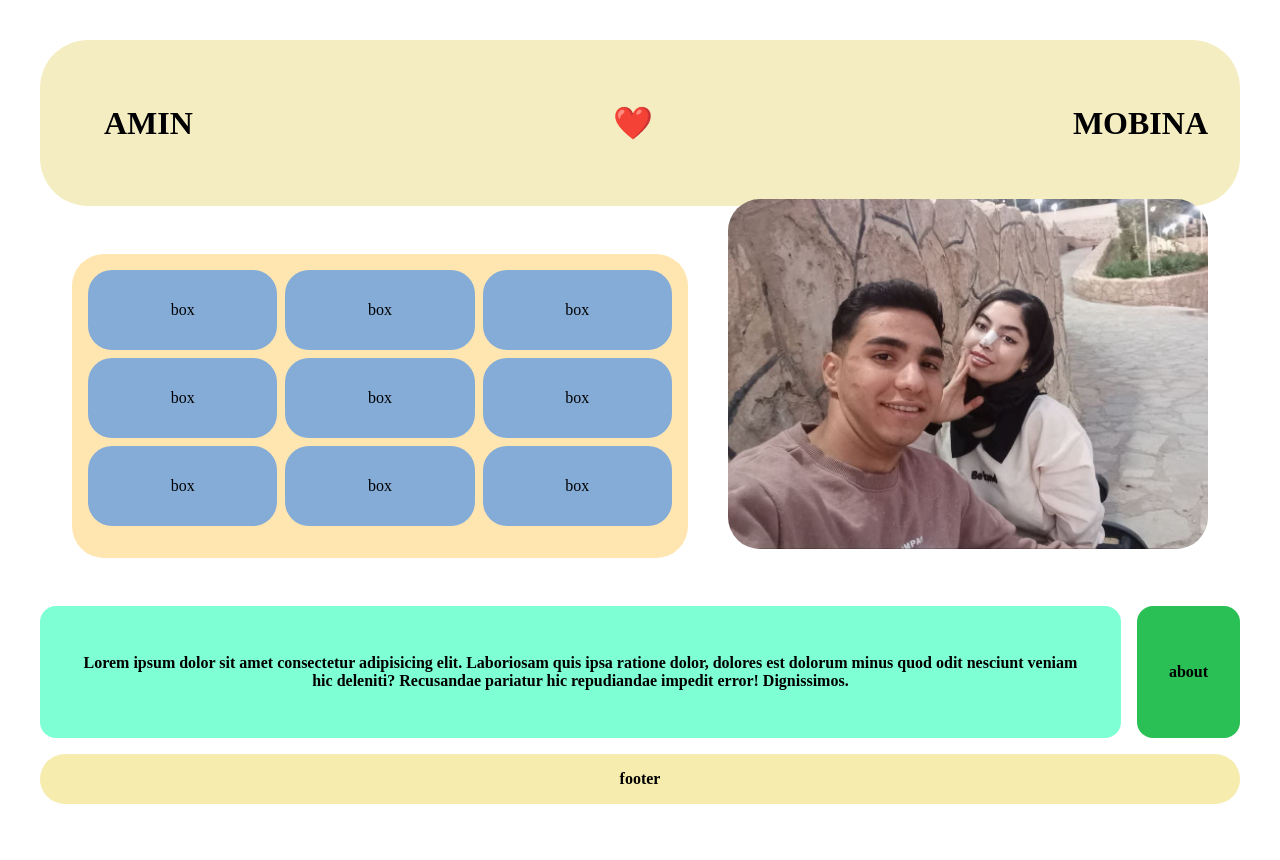
Repository: aminsheikhan/amins-github
Page: ui1.html
An editor plug-in stored every save of this project. The page is shown before and after the next save, followed by the edit.
The browser window is 1280 px wide. The pictures show the whole page.

Above is the page before, as saved 2026-01-07 18:07:09.

### ui1.html
<!DOCTYPE html>
<html lang="en">

<head>
    <meta charset="UTF-8">
    <meta name="viewport"">
    <title>Css Position</title>
    <link rel="stylesheet" href="./ui1.css">

</head>

<body>
    <header class="header">

        <!-- <navbar class="navbar">
            <a href="#">Home</a>
            <a href="#">Courses</a>
            <a href="#">About Me</a>

        </navbar> -->

        <h1 class="Brand">AMIN</h1>
        <h3 class="haert">❤️</h3>
        <h2 class="navbar">MOBINA</h2>

    </header>

    <div class="main">

        <div class="content">
            <div class="course-list">

                <div class="box"><span>box</span></div>
                <div class="box"><span>box</span></div>
                <div class="box"><span>box</span></div>
                <div class="box"><span>box</span></div>
                <div class="box"><span>box</span></div>
                <div class="box"><span>box</span></div>
                <div class="box"><span>box</span></div>
                <div class="box"><span>box</span></div>
                <div class="box"><span>box</span></div>

            </div>
        </div>
        <div class="sidebar">
            <!-- <span>sidebar</span> -->
            <img class="imgg"  src="one.png" alt="hourseoto">

        </div>

    </div>

    <div class="main-second">
        <div class="intro-box">
            <span>about</span>
        </div>

        <div class="about-section">
            <p>Lorem ipsum dolor sit amet consectetur adipisicing elit. Laboriosam quis ipsa ratione dolor, dolores est dolorum minus quod odit nesciunt veniam hic deleniti? Recusandae pariatur hic repudiandae impedit error! Dignissimos.</p>

        </div>

    </div>

    <div class="footer">
        <span>footer</span>
    </div>

</body>

</html>

### ui1.css
html {
    font-size: 100%;
}

body{
    padding: 2rem;
}

.header {
    background-color:#f4edc2 ;
    border-radius: 3rem;
    margin-bottom: 1rem;
    padding: 2rem;
    display: flex;
    align-items: center;
    justify-content: space-between;
}

.header .Brand {
    font-weight: bold;
    font-size: 2rem;
    margin-left: 2rem;
}

.header .haert{
    font-weight: bold;
    font-size: 2rem;
    margin-left: 2rem;
}

.header .navbar {
    font-weight: bold;
    font-size: 2rem;
    margin-left: 2rem;
}

.main {

    padding: 2rem;
    margin-bottom: 1rem;
    border-radius: 3rem;
    display: flex;
    gap: 2.5rem;
}

.sidebar{
    background-color: #2bc055;
    flex-basis: 30%;
    display: flex;
    justify-content: center;
    align-items: center;
    font-size: 1rem;
    font-weight: bold;
    border-radius: 2rem;
    max-width: 30rem;
    max-height: 15rem;
}

.content{
    background-color: rgba(255, 223, 155, 0.779);
    padding: 1rem;
    flex-basis: 70%;
    border-radius: 2rem;
}

.content .course-list{

    flex-wrap: wrap ;
    margin-bottom: 1rem;
    display: flex;
    gap: 0.5rem;
}

.content .course-list .box{
    background-color: rgba(0, 110, 255, 0.483);
    flex-grow: 1;
    display: flex;
    justify-content: center;
    align-items: center;
    height: 5rem;
    border-radius: 1.5rem;
    flex-basis: calc(33.33% - 0.5rem);
}

.main-second {

    margin-bottom: 1rem;
    display: flex;
    flex-direction: row-reverse;
    gap: 1rem;
    text-align: center;

}

.imgg{
    min-height: 100%;
    min-width: 100%;
    border-radius: 2rem;
}

.intro-box{
    background-color: #2bc055;
    padding: 2rem;
    border-radius: 1rem;
    font-weight: bold;
    display: flex;
    align-items: center;
    justify-content: center;
}

.about-section{
    background-color: aquamarine;
    padding: 2rem;
    border-radius: 1rem;
    font-weight: bold;
    display: flex;
    align-items: center;
    justify-content: center;
}

.footer{
    background-color:#f6ecae ;
    margin-bottom: 1rem;
    padding: 1rem;
    text-align: center;
    border-radius: 2rem;
    font-weight: bold;
    justify-content: center;
}

After the next save:
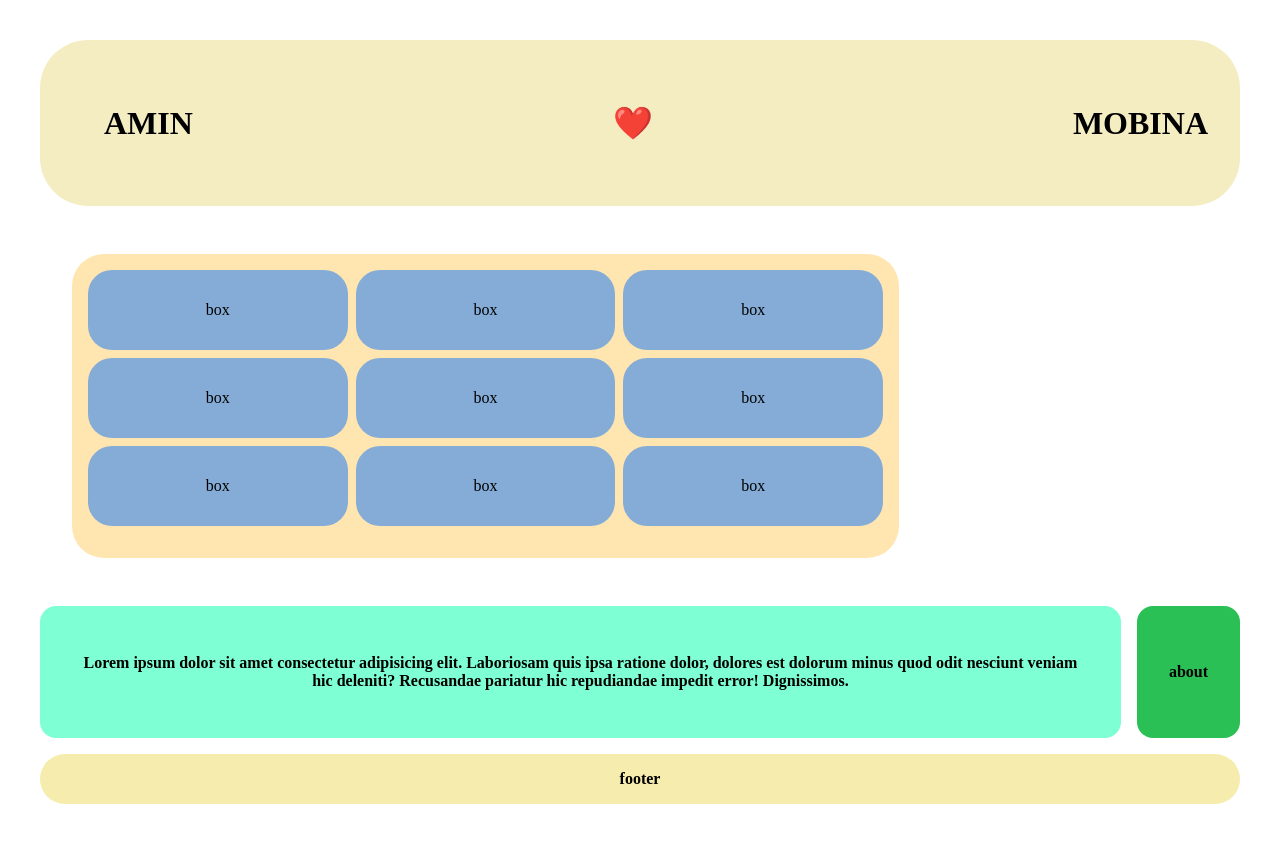
Saved 28 s later.
--- a/ui1.css
+++ b/ui1.css
@@ -52,7 +52,7 @@ body{
     font-size: 1rem;
     font-weight: bold;
     border-radius: 2rem;
-    max-width: 30rem;
+    max-width: 0rem;
     max-height: 15rem;
 }
 
